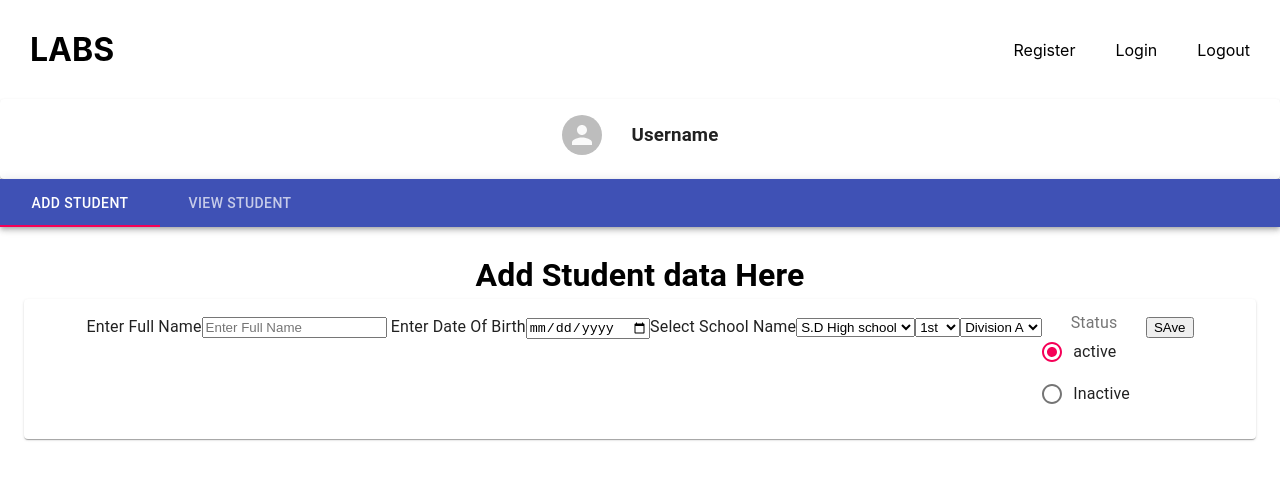
Repository: Prafullkuma/labsdata
Page: /admin
The author's editor kept a copy of each file at every save. The page is drawn from the files as they stood at one save, then again after the next save.
The browser window is 1280 px wide. The pictures show the whole page.
The project was rebuilt for these pictures with package versions that can differ from the ones it lists, and the page was loaded fresh each time. Also part of the build but not shown: src/Component/Student/ViewStudent.js, src/Component/Main.js, src/Auth/Login.js, src/Auth/Signup.js, src/Auth/Logout.js.

Above is the page before, as saved 2020-08-25 18:32:31.

### src/App.js
import React from 'react';
import './App.css';
import Nav from './Component/Nav'
import Admin from './Component/Admin'
import Main from './Component/Main'
import Login from './Auth/Login'
import Signup from './Auth/Signup'
import Logout from './Auth/Logout'
import { BrowserRouter as Router, Route } from 'react-router-dom'
function App() {
  return (
    <div className="App">
      <Router>
        <Nav />
        <Route path="/logout" component={Logout} />
        <Route path="/signup" component={Signup} />
        <Route path="/login" component={Login} />
        <Route path="/admin" component={Admin} />
        <Route exact path="/" component={Main} />
      </Router>
    </div>
  );
}

export default App;

### src/Component/Nav.js
import React from 'react'
import './Nav.css'
import { Link } from 'react-router-dom'
function Nav() {
    return (
        <div className="Navbar">
            <h1> <Link to="/"> LABS</Link></h1>
            <ul>
                <li><Link to="/signup"> Register</Link></li>
                <li><Link to="/login">Login</Link></li>
                <li><Link to="/logout">Logout</Link>
                </li>
            </ul>
        </div>
    )
}

export default Nav

### src/Component/Admin.js
import React from 'react'
import { Avatar, Card, CardContent, Typography } from '@material-ui/core'
import './Admin.css'
import Details from './Details/Details'
function Admin() {
    return (
        <div>
            <Card className="all_data">
                <CardContent>
                    <Typography className="userdata">

                        <Avatar />
                        <h3>Username</h3>
                    </Typography>
                </CardContent>
            </Card>
            <Details />
        </div>
    )
}

export default Admin

### src/Component/Nav.css
.Navbar{
    padding: 30px;
    display: flex;
    justify-content: space-between;
    align-items: center;

}
a{
    text-decoration: none;
    color:black;
    }
ul,li{
    list-style: none;
    float: left;
    margin-left: 40px;
}

### src/Component/Admin.css
.userdata{
    display: flex;
    justify-content: right;
    align-items: center;
}
h3{
    margin-left: 30px;
}

### src/Component/Details/Details.js
import React from 'react'
import './details.css'
import { AppBar, Tabs, Tab, Typography } from '@material-ui/core'
import { makeStyles } from '@material-ui/core/styles';
import PropTypes from 'prop-types';
import Box from '@material-ui/core/Box';
import Addstudent from '../Student/Addstudent';
import ViewStudent from '../Student/ViewStudent';

const useStyles = makeStyles((theme) => ({
    root: {
        flexGrow: 1,
        backgroundColor: theme.palette.background.paper,
    },
}));

function a11yProps(index) {
    return {
        id: `simple-tab-${index}`,
        'aria-controls': `simple-tabpanel-${index}`,
    };
}
TabPanel.propTypes = {
    children: PropTypes.node,
    index: PropTypes.any.isRequired,
    value: PropTypes.any.isRequired,
};
function TabPanel(props) {
    const { children, value, index, ...other } = props;

    return (
        <div
            role="tabpanel"
            hidden={value !== index}
            id={`simple-tabpanel-${index}`}
            aria-labelledby={`simple-tab-${index}`}
            {...other} >
            {value === index && (
                <Box p={3}>
                    <Typography>{children}</Typography>
                </Box>
            )}
        </div>
    );
}

function Details() {
    const classes = useStyles();
    const [value, setValue] = React.useState(0);

    const handleChange = (event, newValue) => {
        setValue(newValue);
    };
    return (
        <div className="items">
            <div className="items_data">
                <AppBar position="static">
                    <Tabs value={value} onChange={handleChange} aria-label="simple tabs example">
                        <Tab label="Add Student" {...a11yProps(0)} />
                        <Tab label="View Student" {...a11yProps(1)} />
                    </Tabs>
                </AppBar>
            </div>
            <TabPanel value={value} index={0}>
                <h1>  Add Student data Here</h1>
                <Addstudent />
            </TabPanel>
            <TabPanel value={value} index={1}>
                <h1>  View Student Data</h1>
                <ViewStudent />
            </TabPanel>
        </div>
    )
}


export default Details

### src/Component/Details/details.css
.items{
    text-align: center;

}
.items_data{
    text-align: center;
}

### src/Component/Student/Addstudent.js
import React, { useState } from 'react'
import './addstudent.css'
import { Card, CardContent, Typography } from '@material-ui/core'
import Radio from '@material-ui/core/Radio';
import RadioGroup from '@material-ui/core/RadioGroup';
import FormControlLabel from '@material-ui/core/FormControlLabel';
import FormControl from '@material-ui/core/FormControl';
import FormLabel from '@material-ui/core/FormLabel';
import { db } from '../../firebase'
function Addstudent() {
    const [name, setName] = useState('')
    const [date, setDate] = useState('')
    const [Sname, setSname] = useState('')
    const [classs, setClasss] = useState('')
    const [division, setDivision] = useState('')
    const [value, setValue] = useState('active');
    const handleChange = (event) => {
        setValue(event.target.value);
    };
    const saveDataHanlder = (e) => {
        e.preventDefault()
        db.collection('addStudent').add({
            name: name,
            date: date,
            schoolname: Sname,
            class: classs,
            division: division,
            status: value
        })
    }
    return (
        <div>
            <Card className="all_data">
                <CardContent>
                    <Typography className="userdata">
                        <form onSubmit={saveDataHanlder}>
                            <label> Enter Full Name</label>
                            <input type="text"
                                value={name}
                                onChange={e => setName(e.target.value)}
                                placeholder="Enter Full Name" />

                            <label> Enter Date Of Birth</label>
                            <input type="date" value={date}
                                onChange={e => setDate(e.target.value)}
                                className="'date enchiladac" />

                            <label>Select School Name</label>
                            <select value={Sname} onChange={e => setSname(e.target.value)}>
                                <option value="S.D.HighScholl">S.D High school</option>
                                <option value="VTU Belgaum">VTU Belgaum</option>
                                <option value="VTU Bangalore">VTU Bangalore</option>
                                <option value="MAratha Mandal">Maratha Mandal</option>
                                <option value="RLS Belgaum">RLS Belgaum</option>
                            </select>
                            <select value={classs} onChange={e => setClasss(e.target.value)}>
                                <option value="1">1st</option>
                                <option value="2">2nd </option>
                                <option value="3">3rd</option>
                                <option value="4">4th </option>
                                <option value="5">5th</option>
                                <option value="6">6th </option>
                                <option value="7">7th </option>
                            </select>
                            <select value={division} onChange={e => setDivision(e.target.value)}>
                                <option value="div A">Division A</option>
                                <option value="div B">Division B</option>
                                <option value="div c">Division C</option>
                                <option value="div d">Division D</option>
                            </select>
                            <FormControl component="fieldset">
                                <FormLabel component="legend">Status</FormLabel>
                                <RadioGroup aria-label="gender" name="gender1" value={value} onChange={handleChange}>
                                    <FormControlLabel value="active" control={<Radio />} label="active" />
                                    <FormControlLabel value="inactive" control={<Radio />} label="Inactive" />
                                </RadioGroup>
                            </FormControl>
                            <button type="submit"> SAve</button>
                        </form>
                    </Typography>
                </CardContent>
            </Card>
        </div >
    )
}

export default Addstudent

### src/Component/Student/addstudent.css
.userdata{
    display: flex;
    justify-content:center;
    align-items: center;
}
h3{
    margin-left: 30px;
}

### src/firebase.js
import firebase from 'firebase'

import 'firebase/firestore'
import 'firebase/auth'

var firebaseConfig = {
    apiKey: "AIzaSyDBjwEIOoHjkS1sD05WaYhi0mxlrS6cIds",
    authDomain: "labsdata-13bd9.firebaseapp.com",
    databaseURL: "https://labsdata-13bd9.firebaseio.com",
    projectId: "labsdata-13bd9",
    storageBucket: "labsdata-13bd9.appspot.com",
    messagingSenderId: "673732582527",
    appId: "1:673732582527:web:3f4a8688ae38e1fa14f34a",
    measurementId: "G-1QEVCBTCNL"
};
// Initialize Firebase
const data = firebase.initializeApp(firebaseConfig);
const db = data.firestore()
const auth = data.auth()

export { db, auth, firebase as default }

Loaded but not shown: public/index.html (common file); src/index.js (common file); src/index.css (common file); src/serviceWorker.js (common file); src/App.css (common file); src/Component/Main.css (no stored copy; drawn as an empty file); src/Component/Student/viewstudent.css (no stored copy; drawn as an empty file)

After the next save:
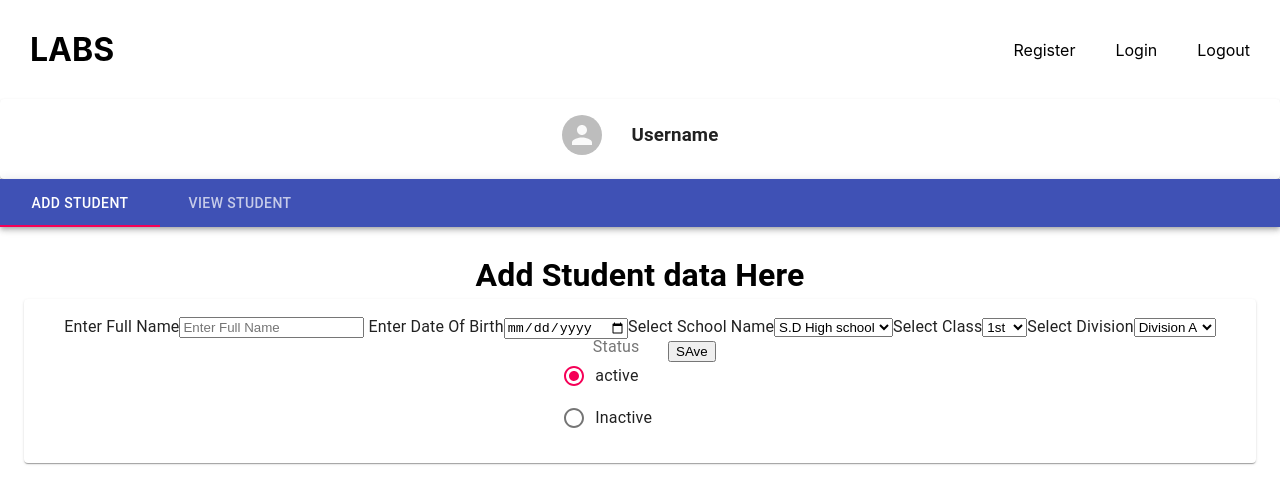
Saved 62 s later.
--- a/src/Component/Student/Addstudent.js
+++ b/src/Component/Student/Addstudent.js
@@ -53,6 +53,7 @@ function Addstudent() {
                                 <option value="MAratha Mandal">Maratha Mandal</option>
                                 <option value="RLS Belgaum">RLS Belgaum</option>
                             </select>
+                            <label>Select Class</label>
                             <select value={classs} onChange={e => setClasss(e.target.value)}>
                                 <option value="1">1st</option>
                                 <option value="2">2nd </option>
@@ -62,6 +63,7 @@ function Addstudent() {
                                 <option value="6">6th </option>
                                 <option value="7">7th </option>
                             </select>
+                            <label>Select Division</label>
                             <select value={division} onChange={e => setDivision(e.target.value)}>
                                 <option value="div A">Division A</option>
                                 <option value="div B">Division B</option>
